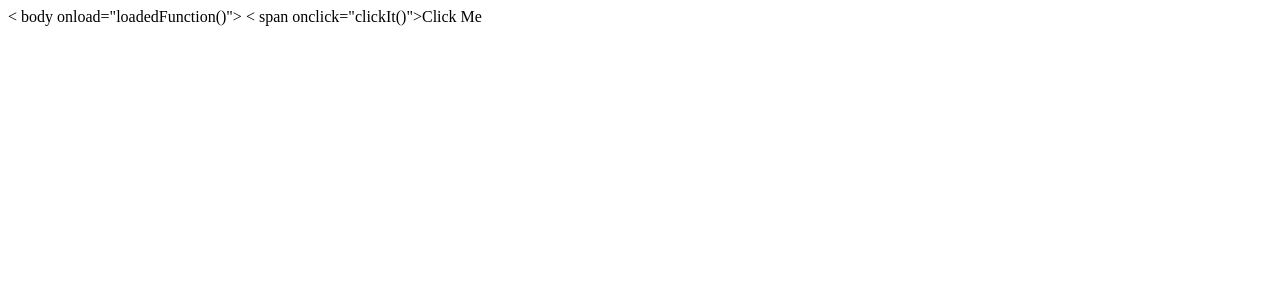
Repository: williamleechn/AngularJs_JavaScript_JQueryAllInOne
Page: LearningJavaScript/Lesson02/js_errors.html
The author's editor kept a copy of each file at every save. The page is drawn from the files as they stood at one save, then again after the next save.
The browser window is 1280 px wide. The pictures show the whole page.

Above is the page before, as saved 2017-11-14 08:43:08.

### LearningJavaScript/Lesson02/js_errors.html
<!DOCTYPE html>
<html>
<head>
<meta charset="utf-8" />
<script>
function loadedFunction(){
console.log("Page is Loaded");
}
function clickItNow(){
console.log("User Clicked");
}
</script>
</head>
< body onload="loadedFunction()"> < span onclick="clickIt()">Click Me
</span>
</body>
</html>

After the next save:
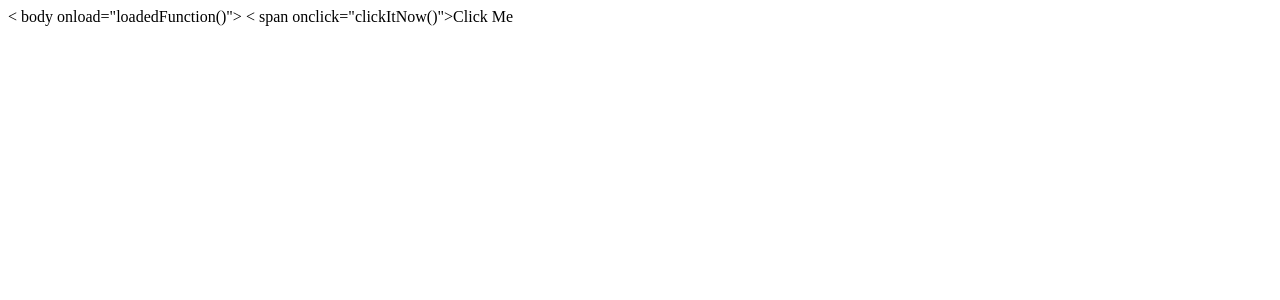
Saved 2 min 55 s later.
--- a/LearningJavaScript/Lesson02/js_errors.html
+++ b/LearningJavaScript/Lesson02/js_errors.html
@@ -3,15 +3,16 @@
 <head>
 <meta charset="utf-8" />
 <script>
-function loadedFunction(){
-console.log("Page is Loaded");
-}
-function clickItNow(){
-console.log("User Clicked");
-}
+	function loadedFunction() {
+		console.log("Page is Loaded");
+	}
+	function clickItNow() {
+		console.log("User Clicked");
+	}
 </script>
 </head>
-< body onload="loadedFunction()"> < span onclick="clickIt()">Click Me
+< body onload="loadedFunction()">
+< span onclick="clickItNow()">Click Me
 </span>
 </body>
 </html>
